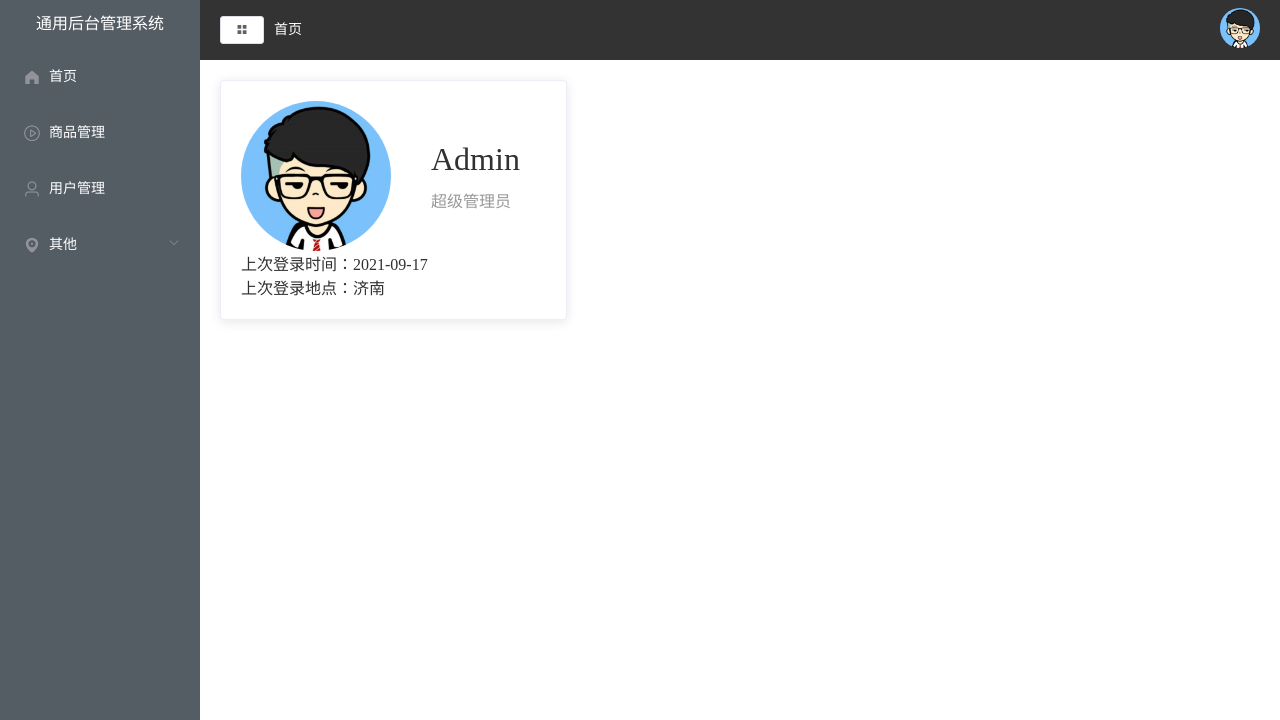
Repository: Francis200214/my-app
Page: /
The author's editor kept a copy of each file at every save. The page is drawn from the files as they stood at one save, then again after the next save.
The browser window is 1280 px wide. The pictures show the whole page.
The project was rebuilt for these pictures with package versions that can differ from the ones it lists, and the page was loaded fresh each time. Also part of the build but not shown: vue.config.js, src/views/User.vue, src/views/Mall.vue, src/views/other/PageOne.vue, src/views/other/PageTwo.vue.

Above is the page before, as saved 2023-05-21 15:40:47.

After the next save:
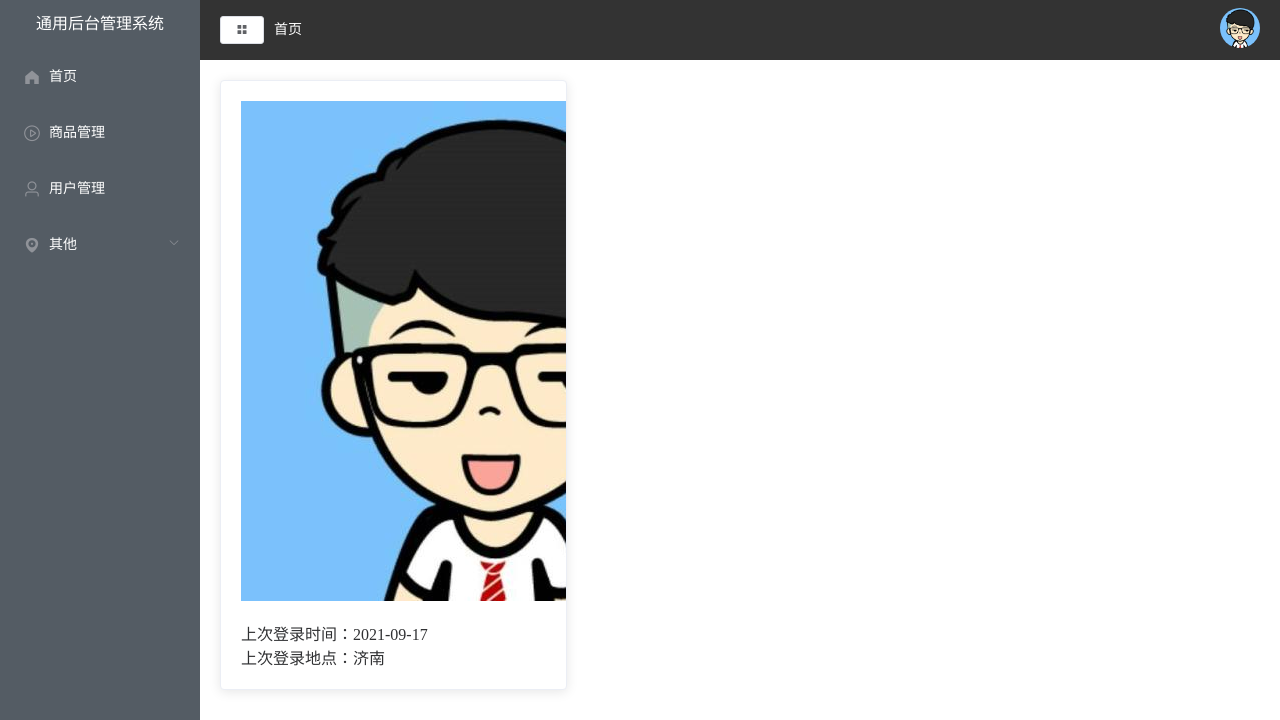
Saved 7 s later.
--- a/src/views/Home.vue
+++ b/src/views/Home.vue
@@ -26,7 +26,8 @@
     display: flex;
     // flex 布局中 主轴垂直居中
     align-items: center;
-    padding-bottom: ;
+    padding-bottom: 20px;
+    mar
 
     img {
         width: 150px;

After the save that followed:
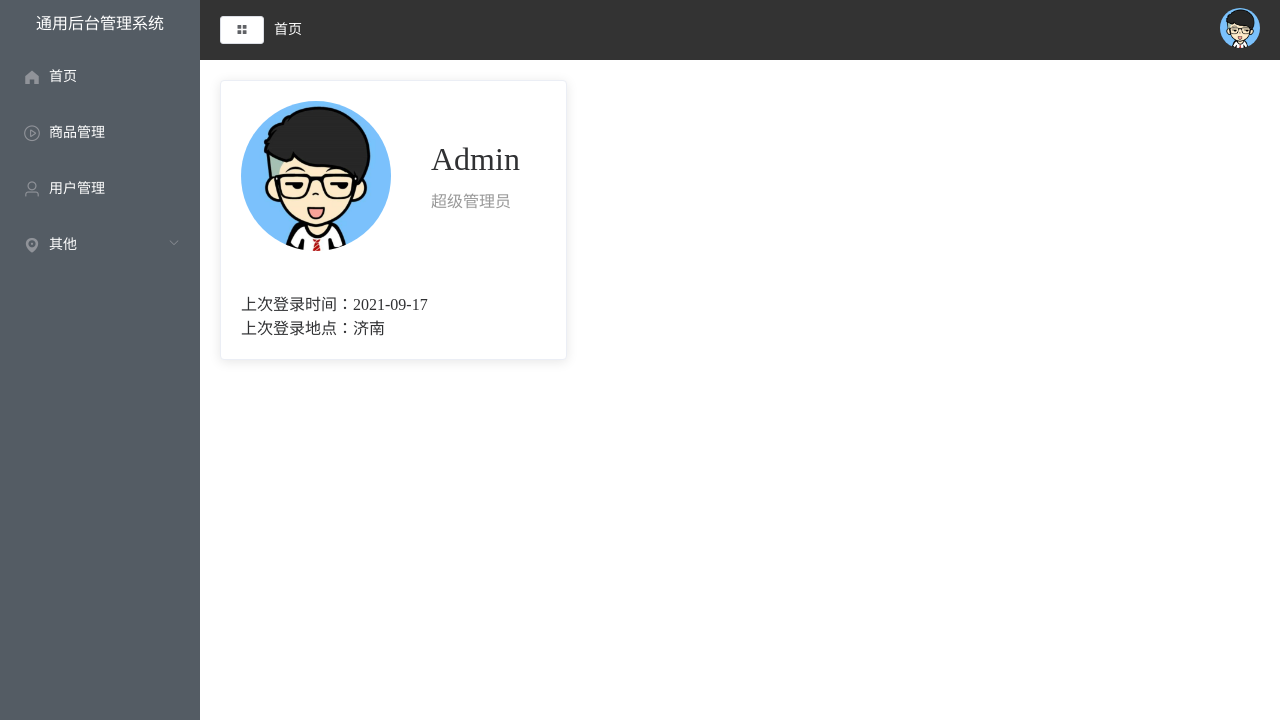
Saved 5 s later.
--- a/src/views/Home.vue
+++ b/src/views/Home.vue
@@ -27,7 +27,7 @@
     // flex 布局中 主轴垂直居中
     align-items: center;
     padding-bottom: 20px;
-    mar
+    margin-bottom: 20px;
 
     img {
         width: 150px;
